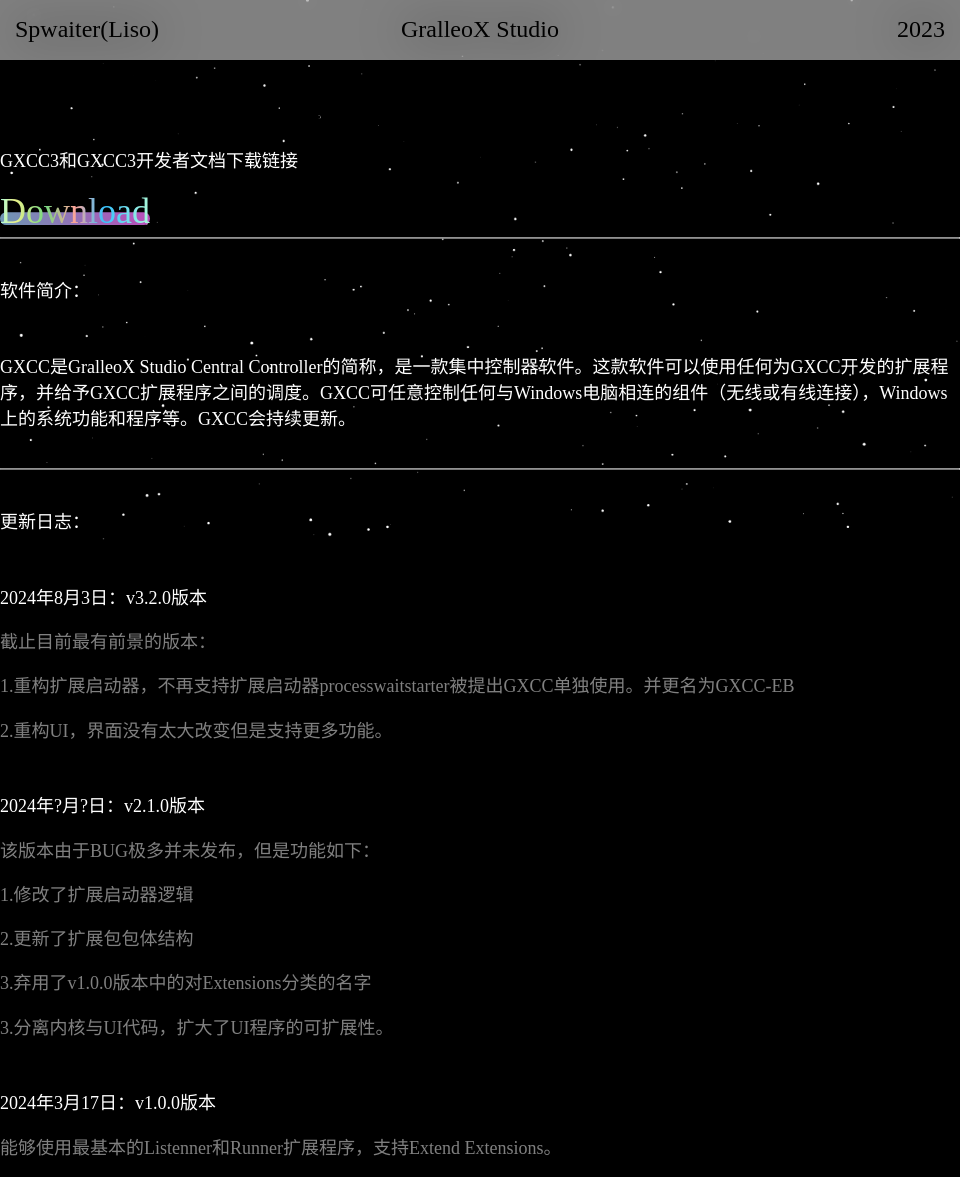
Repository: Lisu-Liso/page
Page: GXCC/index.html
An editor plug-in stored every save of this project. The page is shown before and after the next save, followed by the edit.
The browser window is 1280 px wide. The pictures show the whole page, at 75% of full size.

Above is the page before, as saved 2024-08-04 08:59:01.

### GXCC/index.html
<!DOCTYPE html>
<html lang="zh">
    <head>
        <meta http-equiv="Content-Type" content="text/html;charset=utf-8">
        <title>GXCC - GralleoX Studio</title>
        <link rel="stylesheet" type="text/css" href="./header.css">
        <link rel="stylesheet" type="text/css" href="./orientation.css">
        <link rel="shortcut icon" href="./GralleoX logo v2 web.ico">
        <style>
            body{
                overflow        : scroll;
                background-color: black;
                top             : 0;
                bottom          : 0;
                left            : 0;
                right           : 0;
                margin-top      : 100px;
                margin-bottom   : 0;
                margin-left     : 0;
                margin-right    : 0;
                user-select     : none;
            }
            ::-webkit-scrollbar{display: none;}
            .getin_screen{
                position        : fixed;
                top             : 0;
                bottom          : 0;
                left            : 0;
                right           : 0;
                background-color: rgba(0,0,0,0);
                color           : rgba(0,0,0,0);
                animation       : getinanimation 4s ease-in-out;
                text-align      : center;
                display         : table-cell;
            }
            @keyframes getinanimation{
                0% {
                    background-color       : rgba(255,255,255,1);
                    color                  : black;
                    backdrop-filter        : blur(15px);
                    -webkit-backdrop-filter: blur(15px);
                }
                40% {
                    background-color       : rgba(255,255,255,0.5);
                    color                  : black;
                    backdrop-filter        : blur(15px);
                    -webkit-backdrop-filter: blur(15px);
                }
                70% {
                    background-color       : rgba(255,255,255,0.5);
                    color                  : black;
                    backdrop-filter        : blur(15px);
                    -webkit-backdrop-filter: blur(15px);
                }
                100% {
                    background-color       : rgba(0,0,0,0);
                    color                  : rgba(0,0,0,0);
                    backdrop-filter        : blur(0px);
                    -webkit-backdrop-filter: blur(0px);
                }
            }
            .download_block{
                position               : fixed;
                top                    : 100px;
                left                   : 100px;
                right                  : 100px;
                bottom                 : 100px;
                margin-top             : 10px;
                margin-left            : 10px;
                margin-right           : 10px;
                margin-bottom          : 10px;
                background-color       : rgba(255,255,255,0.5);
                backdrop-filter        : blur(15px);
                -webkit-backdrop-filter: blur(15px);
                border-radius          : 100px;
                box-shadow             : 0 20px 50px rgba(0,0,0,0.2);
            }
            @keyframes blockout{
                0% {
                    background-color       : rgba(255,255,255,0);
                    backdrop-filter        : blur(0px);
                    -webkit-backdrop-filter: blur(0px);
                    box-shadow             : 0 20px 50px rgba(0,0,0,0);
                    opacity                : 0;
                }
                100% {
                    background-color       : rgba(255,255,255,0.5);
                    backdrop-filter        : blur(15px);
                    -webkit-backdrop-filter: blur(15px);
                    box-shadow             : 0 20px 50px rgba(0,0,0,0.2);
                    opacity                : 1;
                }
            }
            @keyframes blockquite{
                0% {
                    background-color       : rgba(255,255,255,0.5);
                    backdrop-filter        : blur(15px);
                    -webkit-backdrop-filter: blur(15px);
                    box-shadow             : 0 20px 50px rgba(0,0,0,0.2);
                    opacity                : 1;
                }
                100% {
                    background-color       : rgba(255,255,255,0);
                    backdrop-filter        : blur(0px);
                    -webkit-backdrop-filter: blur(0px);
                    box-shadow             : 0 20px 50px rgba(0,0,0,0);
                    opacity                : 0;
                }
            }
            .header-float{
                position: fixed;
                top     : 0;
                left    : 0;
                right   : 0;
                width   : 100%;
            }
            .black_board{
                position               : fixed;
                top                    : 80px;
                left                   : 0;
                right                  : 0;
                bottom                 : 0;
                margin-top             : 0;
                margin-left            : 0;
                margin-right           : 0;
                margin-bottom          : 0;
                backdrop-filter        : blur(15px);
                -webkit-backdrop-filter: blur(15px);
                background-color       : rgba(0,0,0,0.3);
            }
            @keyframes boardout{
                0% {
                    backdrop-filter        : blur(0px);
                    -webkit-backdrop-filter: blur(0px);
                    background-color       : rgba(0,0,0,0);
                }
                100% {
                    backdrop-filter        : blur(15px);
                    -webkit-backdrop-filter: blur(15px);
                    background-color       : rgba(0,0,0,0.3);
                }
            }
            @keyframes boardquite{
                0% {
                    backdrop-filter        : blur(15px);
                    -webkit-backdrop-filter: blur(15px);
                    background-color       : rgba(0,0,0,0.3);
                }
                100% {
                    backdrop-filter        : blur(0px);
                    -webkit-backdrop-filter: blur(0px);
                    background-color       : rgba(0,0,0,0);
                }
            }
            .newbutton{
                background   : linear-gradient(75deg,rgba(145, 202, 240, 0.75),rgba(248, 102, 248, 0.75));
                border-radius: 20px;
                text-align   : center;
                cursor       : pointer;
            }
            :root {
                --rainbow-gradient: linear-gradient(-90deg,#adfbda 0,#35c3ff 30%,#fda399 50%,#76d880 70%,#ebf38b 90%,#adfbda 100%);
            }
            .article-header--title {
                background-image       : var(--rainbow-gradient,#fff);
                background-size        : 100%;
                background-repeat      : repeat;
                background-clip        : text;
                -webkit-background-clip: text;
                -webkit-text-fill-color: transparent;
                -moz-background-clip   : text;
                -moz-text-fill-color   : transparent;
                filter                 : drop-shadow(0 0 2rpx #000);
                text-shadow            : none!important;
                cursor                 : pointer;
            }
            a{
                text-decoration: none;
            }
            font{
                cursor : default;
            }
            .backgroundimage{
                position: fixed;
                top     : 0;
                left    : 0;
                right   : 0;
                width   : 100%;
                height  : 100%;
                z-index: -1;
            }
            .normaltext{
                font-size: 18pt;
                color:white;
            }
        </style>
    </head>
    <body>
        <canvas id="bgCanvas" class="backgroundimage"></canvas>
        <script>
            // 获取画布
            var canvas = document.getElementById('bgCanvas');
            var ctx = canvas.getContext('2d');

            // 设置画布尺寸与窗口大小一致
            canvas.width = window.innerWidth;
            canvas.height = window.innerHeight;

            // 创建一个数组用于存储星星的信息
            var stars = [];

            // 创建星星对象
            function Star(x, y, radius, color, speed) {
                this.x = x;
                this.y = y;
                this.radius = radius;
                this.color = color;
                this.speed = speed;
            }

            // 初始化星星
            function init() {
                for (var i = 0; i < 200; i++) {
                    var x = Math.random() * canvas.width;
                    var y = Math.random() * canvas.height;
                    var radius = Math.random() * 2;
                    var color = 'white';
                    var speed = Math.random() * 0.5;

                    stars.push(new Star(x, y, radius, color, speed));
                }
            }

            // 绘制星星
            function drawStars() {
                ctx.clearRect(0, 0, canvas.width, canvas.height);

                for (var i = 0; i < stars.length; i++) {
                    var star = stars[i];

                    ctx.beginPath();
                    ctx.arc(star.x, star.y, star.radius, 0, Math.PI * 2);
                    ctx.fillStyle = star.color;
                    ctx.fill();
                }
            }

            // 更新星星位置
            function updateStars() {
                for (var i = 0; i < stars.length; i++) {
                    var star = stars[i];

                    star.x += star.speed;

                    if (star.x > canvas.width) {
                        star.x = 0;
                    }
                }
            }

            // 动画循环
            function animate() {
                requestAnimationFrame(animate);

                drawStars();
                updateStars();
            }

            // 初始化并启动动画
            init();
            animate();
        </script>
        <div style="text-align:center;top:0;left:0;right:0;"><font size="7">这里是GXCC中文官网！</font></div>
        <p class="normaltext">GXCC3和GXCC3开发者文档下载链接</p>
        <a class="newbutton" onclick="join_us()"><font class="article-header--title" size="7">Download</font></a>
        <div class="black_board" id="bb"></div>
        <div class="download_block" id="download_block">
            <div style="text-align: center">
                <a class="newbutton" onclick="close_download_block()"><font class="article-header--title" size="7">点击关闭此框</font></a>
            </div>
            <div style="margin-left: 1cm;">
                <font size="7" color="black">这里是下载链接（最新版本）</font>
                <br>
                <font size="7" color="grey">历史版本</font>
                <font size="7" color="red">暂时</font>
                <font size="7" color="grey">不支持下载</font>
                <br>
                <font class="normaltext" color="red">如果杀毒软件报告有病毒请忽略，此软件已经经过Microsoft Defender检测，360纯属误报。</font>
                <br>
                <a class="normaltext" href="https://github.com/Lisu-Liso/GXCC/releases/tag/GXCC3">Link</a>
            </div>
        </div>
        <hr/>
        <br>
        <p class="normaltext">软件简介：</p>
        <br>
        <p class="normaltext">GXCC是GralleoX Studio Central Controller的简称，是一款集中控制器软件。这款软件可以使用任何为GXCC开发的扩展程序，并给予GXCC扩展程序之间的调度。GXCC可任意控制任何与Windows电脑相连的组件（无线或有线连接），Windows上的系统功能和程序等。GXCC会持续更新。</p>
        <br>
        <hr/>
        <br>
        <p class="normaltext">更新日志：</p>
        <br>
        <p class="normaltext">2024年8月3日：v3.2.0版本</p>
        <p class="normaltext" style="color: grey;">截止目前最有前景的版本：</p>
        <p class="normaltext" style="color: grey;">1.重构扩展启动器，不再支持扩展启动器processwaitstarter被提出GXCC单独使用。并更名为GXCC-EB</p>
        <p class="normaltext" style="color: grey;">2.重构UI，界面没有太大改变但是支持更多功能。</p>
        <br>
        <p class="normaltext">2024年?月?日：v2.1.0版本</p>
        <p class="normaltext" style="color: grey;">该版本由于BUG极多并未发布，但是功能如下：</p>
        <p class="normaltext" style="color: grey;">1.修改了扩展启动器逻辑</p>
        <p class="normaltext" style="color: grey;">2.更新了扩展包包体结构</p>
        <p class="normaltext" style="color: grey;">3.弃用了v1.0.0版本中的对Extensions分类的名字</p>
        <p class="normaltext" style="color: grey;">3.分离内核与UI代码，扩大了UI程序的可扩展性。</p>
        <br>
        <p class="normaltext">2024年3月17日：v1.0.0版本</p>
        <p class="normaltext" style="color: grey;">能够使用最基本的Listenner和Runner扩展程序，支持Extend Extensions。</p>
        <div class="headerblock">
            <div class="centertext"><font size="6">GralleoX Studio</font></div>
            <div class="lefttext"><font size="6">Spwaiter(Liso)</font></div>
            <div class="righttext"><font size="6">2023</font></div>
        </div>
        <div class="getin_screen" id="getin">
            <font size="7" id="getintext">网站正在加载，请稍后...</font>
        </div>
    </body>
    <script type="text/javascript">
        let t = document.getElementById("download_block");
        t.style.display = "none";

        t = document.getElementById("bb");
        t.style.display = "none";
    </script>
    <script type="text/javascript">
        setTimeout(function(){
            let t = document.getElementById("getintext");
            t.innerHTML = "网站加载完毕，即将进入网站。";
            setTimeout(function(){
                let t = document.getElementById("getin");
                t.style.display = "none";
            },2000);
        },2000);
        function join_us(){
            let t = document.getElementById("download_block");
            t.style.display = "block";
            t.style.animation = "blockout 0.5s ease-in-out";

            t = document.getElementById("bb");
            t.style.display = "block";
            t.style.animation = "boardout 0.5s ease-in-out";
        }
        function close_download_block(){
            let t = document.getElementById("download_block");
            t.style.animation = "blockquite 0.5s ease-in-out";

            t = document.getElementById("bb");
            t.style.animation = "boardquite 0.5s ease-in-out";
            setTimeout(function(){
                let t = document.getElementById("download_block");
                t.style.display = "none";

                t = document.getElementById("bb");
                t.style.display = "none";
            },500);
        }
    </script>
</html>

### GXCC/header.css
.headerblock{
    position               : fixed;
    top                    : 0px;
    left                   : 0px;
    right                  : 0px;
    margin-top             : 0px;
    margin-left            : 0px;
    margin-right           : 0px;
    width                  : 100%;
    height                 : 80px;
    background-color       : rgba(255,255,255,0.5);
    backdrop-filter        : blur(10px);
    -webkit-backdrop-filter: blur(10px);
    box-shadow             : 0 20px 50px rgba(0,0,0,0.2);
    align-items            : center;
}
.centertext{
    position    : fixed;
    top         : 0;
    left        : 0;
    right       : 0;
    margin-top  : 20px;
    margin-left : 20px;
    margin-right: 20px;
    text-align  : center;
    filter      : drop-shadow(0 0 2rem #000);
    text-shadow : none!important;
    color       : black;
}
.lefttext{
    position    : fixed;
    top         : 0;
    left        : 0;
    right       : 0;
    margin-top  : 20px;
    margin-left : 20px;
    margin-right: 20px;
    text-align  : left;
    filter      : drop-shadow(0 0 2rem #000);
    text-shadow : none!important;
    color       : black;
}
.righttext{
    position    : fixed;
    top         : 0;
    left        : 0;
    right       : 0;
    margin-top  : 20px;
    margin-left : 20px;
    margin-right: 20px;
    text-align  : right;
    filter      : drop-shadow(0 0 2rem #000);
    text-shadow : none!important;
    color       : black;
}

### orientation.css
i{
    border: solid black;
    border-width: 0 3px 3px 0;
    display: inline-block;
    padding: 3px;
}
.right{
    transform: rotate(-45deg);
    -webkit-transform: rotate(-45deg);
}

.left{
    transform: rotate(135deg);
    -webkit-transform: rotate(135deg);
}

.up{
    transform: rotate(-135deg);
    -webkit-transform: rotate(-135deg);
}

.down{
    transform: rotate(45deg);
    -webkit-transform: rotate(45deg);
}

After the next save:
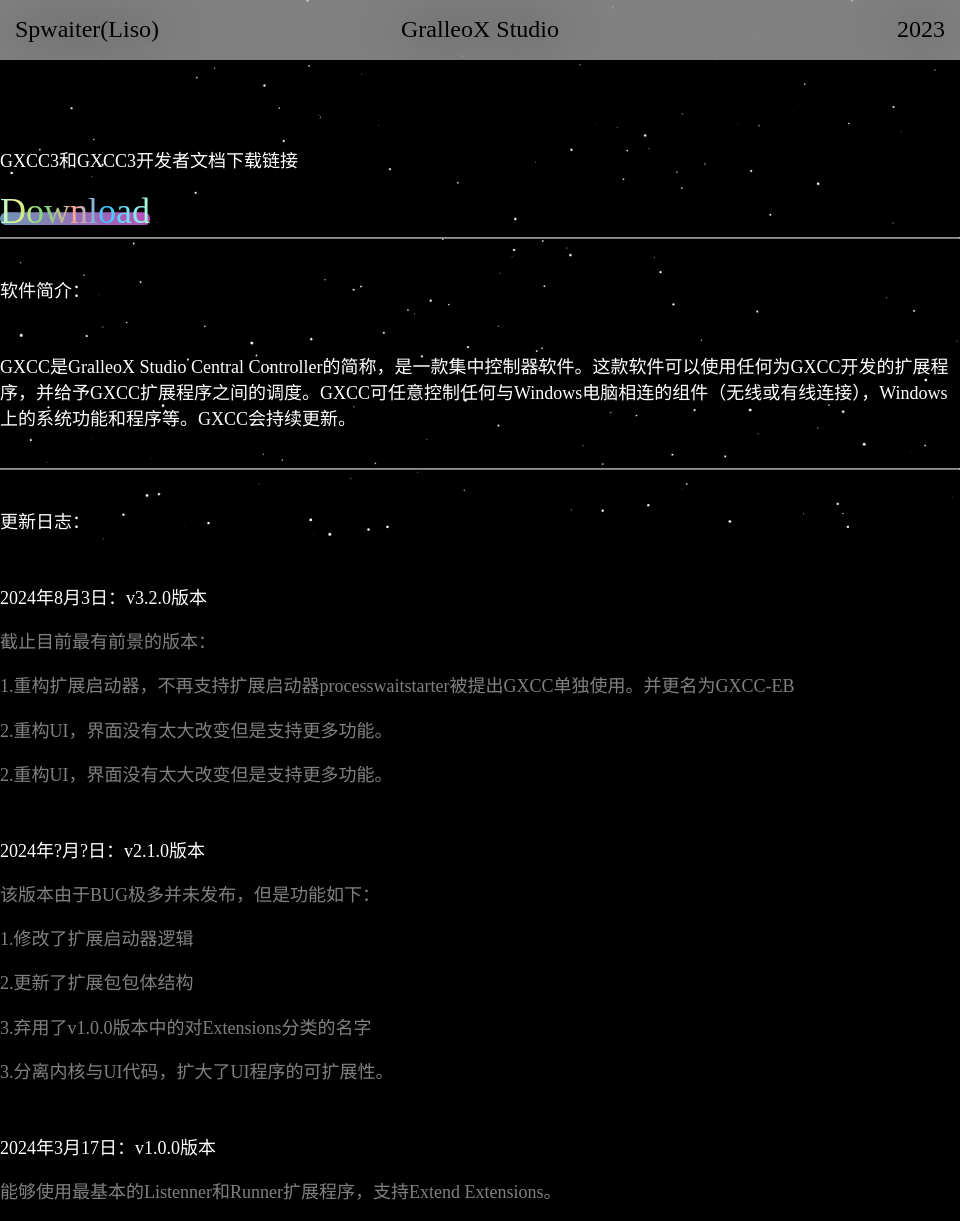
Saved 11 s later.
--- a/GXCC/index.html
+++ b/GXCC/index.html
@@ -304,6 +304,7 @@
         <p class="normaltext" style="color: grey;">截止目前最有前景的版本：</p>
         <p class="normaltext" style="color: grey;">1.重构扩展启动器，不再支持扩展启动器processwaitstarter被提出GXCC单独使用。并更名为GXCC-EB</p>
         <p class="normaltext" style="color: grey;">2.重构UI，界面没有太大改变但是支持更多功能。</p>
+        <p class="normaltext" style="color: grey;">2.重构UI，界面没有太大改变但是支持更多功能。</p>
         <br>
         <p class="normaltext">2024年?月?日：v2.1.0版本</p>
         <p class="normaltext" style="color: grey;">该版本由于BUG极多并未发布，但是功能如下：</p>
